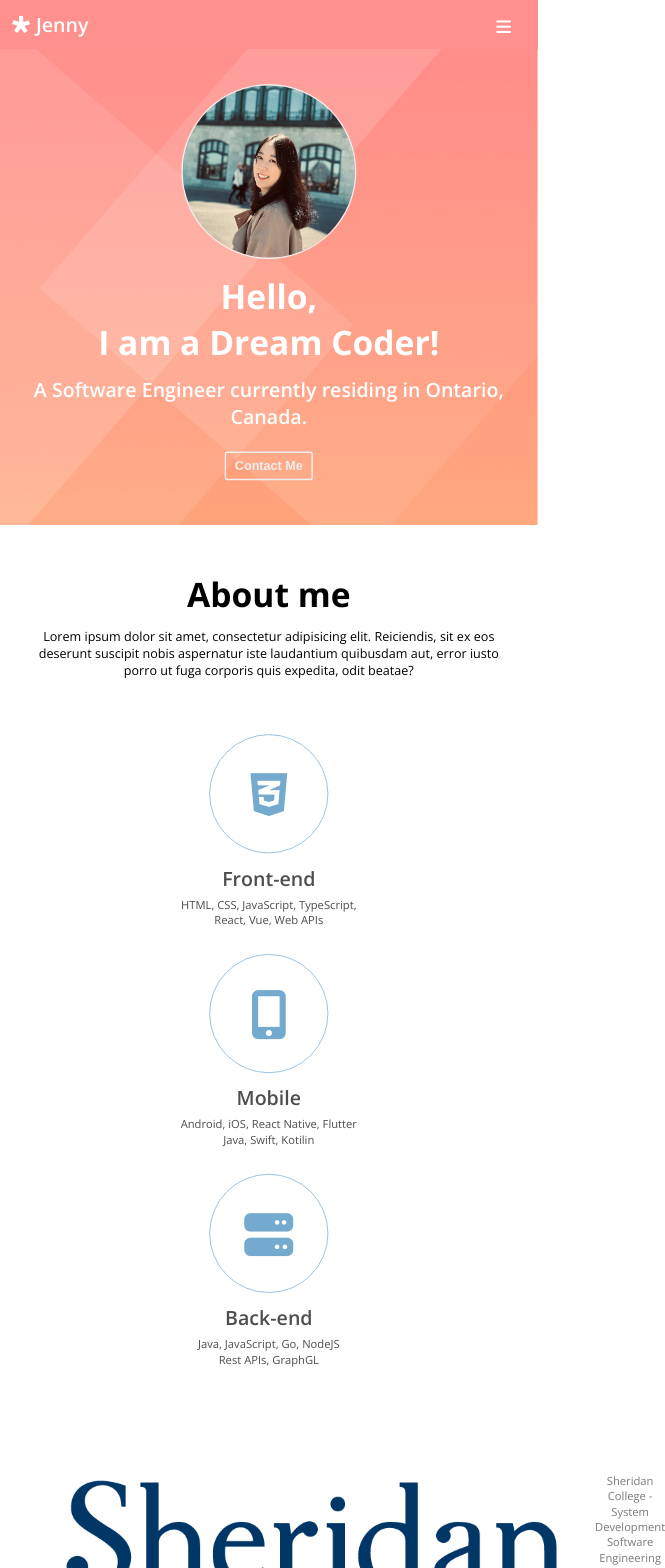
Repository: jennyjjung/portfolio.v0
Page: index.html
An editor plug-in stored every save of this project. The page is shown before and after the next save, followed by the edit.
The browser window is 768 px wide. The page is 950 px wide, then 916 px, so the pictures cover 950 px, including what lies to the right of the window. The pictures show the part of the page from y = 0 to 2240 px (the page is 5944 px tall before and 5604 px after), at 70% of full size.
Some web libraries are served in a nearby version.

Above is the page before, as saved 2022-02-28 11:50:55.

After the next save:
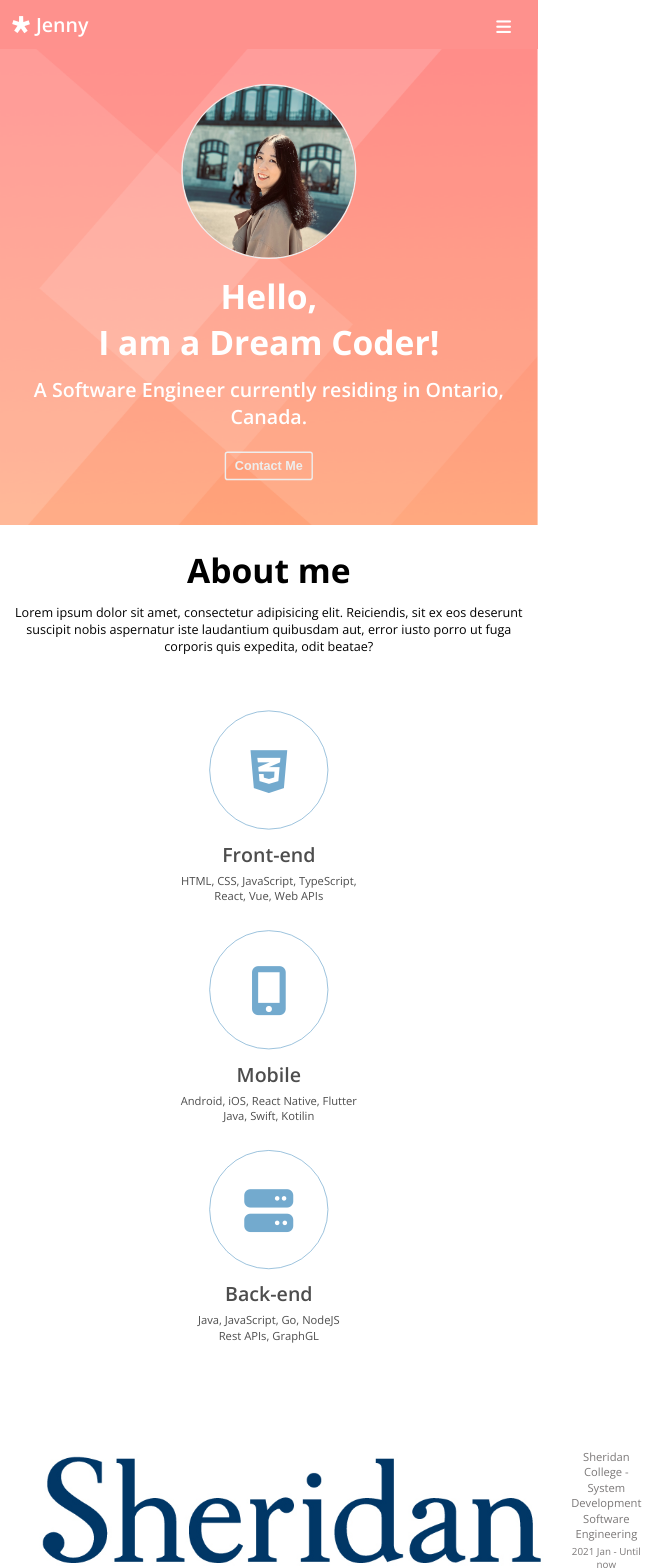
Saved 106 s later.
--- a/style.css
+++ b/style.css
@@ -532,6 +532,10 @@ p {
     display: block;
   }
 
+  .section {
+    padding: 16px;
+  }
+
   .about__majors {
     flex-direction: column;
   }
